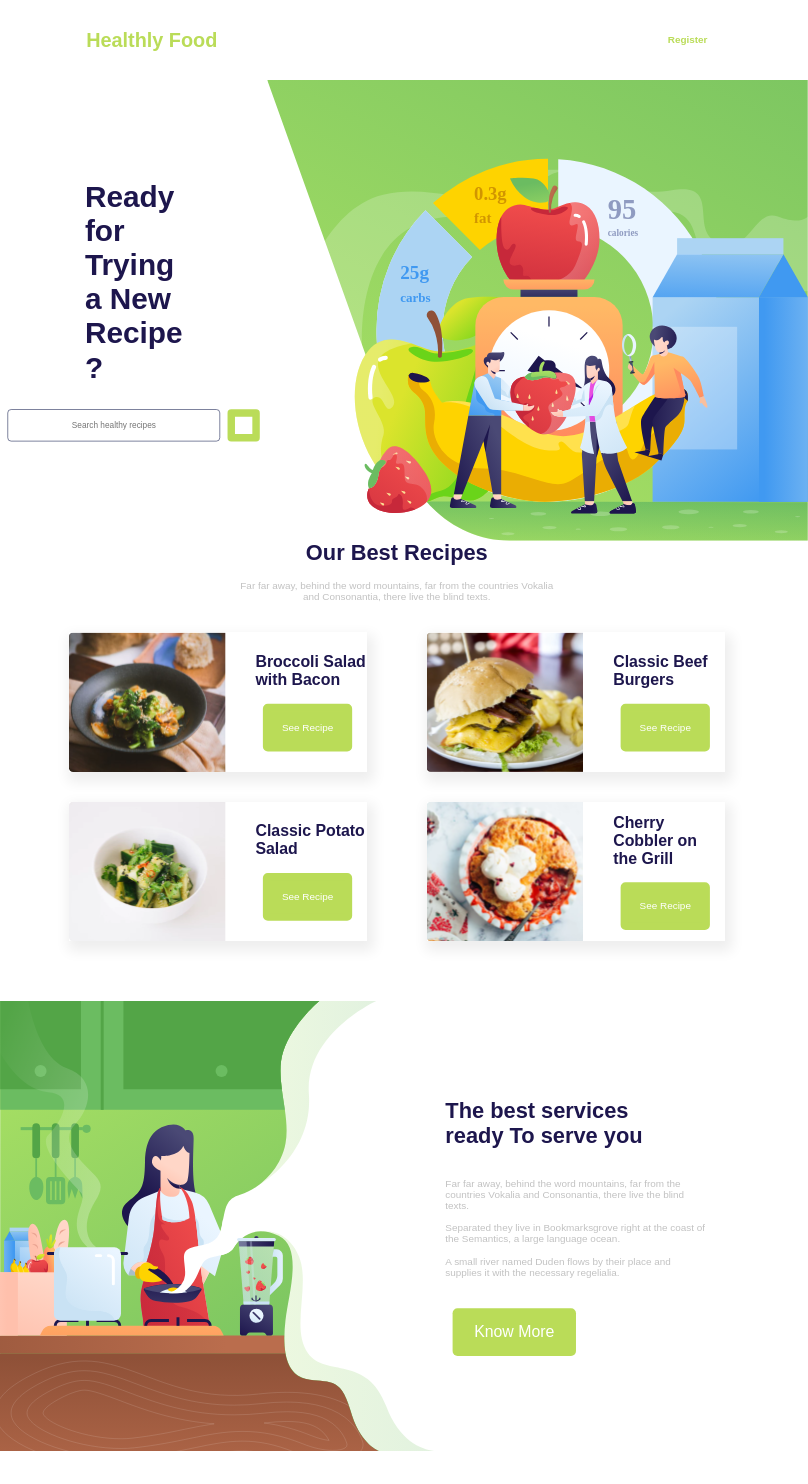
Repository: LuccaCasalecchi/HealthyFood
Page: /
These files come from the project's save history. The page is drawn as it stood at one moment and after the next save; the edit follows.
The browser window is 1280 px wide. The page is 1303 px wide, so the pictures cover 1303 px, including what lies to the right of the window. The pictures show the whole page, at 62% of full size.
The project was rebuilt for these pictures with package versions that can differ from the ones it lists, and the page was loaded fresh each time.

Above is the page before, as saved 2021-08-18 21:04:16.

After the next save:
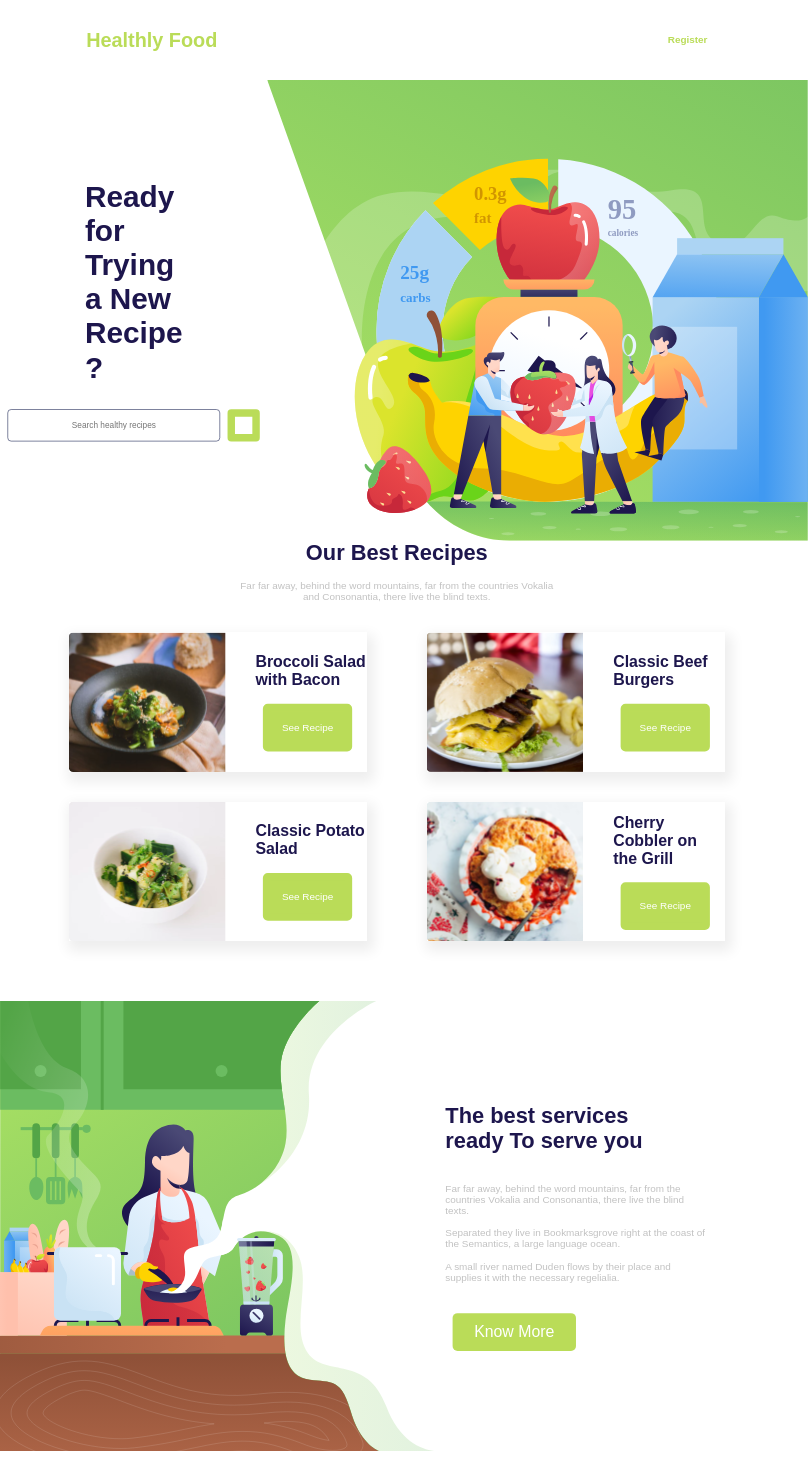
Saved 4 s later.
--- a/src/components/Serivces/Services.css
+++ b/src/components/Serivces/Services.css
@@ -26,7 +26,7 @@
 
 .service__button {
   width: 12.4rem;
-  height: 4.8rem;
+  height: 3.8rem;
   display: flex;
   justify-content: center;
   align-items: center;
